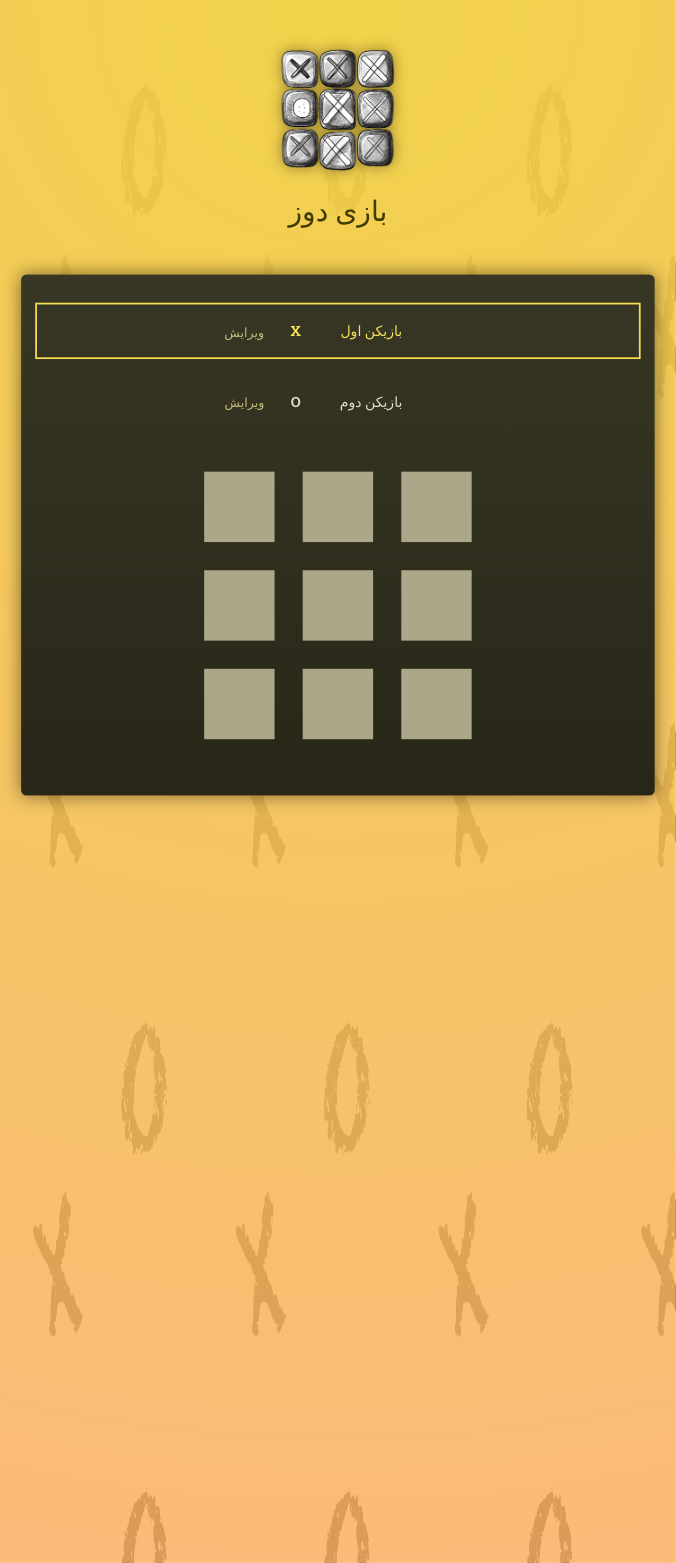
Repository: H-ala/react-tic-toc-toe
Page: /
An editor plug-in stored every save of this project. The page is shown before and after the next save, followed by the edit.
The browser window is 768 px wide. The pictures show the whole page, at 88% of full size.
Some web fonts or font styles are not loaded; a fallback is used. The project was rebuilt for these pictures with package versions that can differ from the ones it lists, and the page was loaded fresh each time. Also part of the build but not shown: vite.config.js, src/components/GameOver.jsx.

Above is the page before, as saved 2025-10-21 18:20:05.

### index.html
<!DOCTYPE html>
<html lang="en">
  <head>
    <meta charset="UTF-8" />
    <link rel="icon" type="image/svg+xml" href="/game-logo.png" />
    <meta name="viewport" content="width=device-width, initial-scale=1.0" />
    <title>React Tic-Tac-Toe</title>
  </head>
  <body>
    <header>
      <img src="game-logo.png" alt="main picture">
      <h1>بازی دوز</h1>
    </header>
    <div id="root"></div>
    <script type="module" src="/src/index.jsx"></script>
  </body>
</html>

### src/App.jsx
import { WINNING_COMBINATIONS } from "./winning_combinations.js";
import { useState } from "react";
import GameBoard from "./components/GameBoard.jsx";
import GameOver from "./components/GameOver.jsx";
import Player from "./components/Player.jsx";
import Log from "./components/Log.jsx";

const PLAYERS = {
    X: "بازیکن اول",
    O: "بازیکن دوم",
  }

const INITIAL_GAME_BOARD = [
  [null, null, null],
  [null, null, null],
  [null, null, null],
];

function deriveActivePlayer(gameTurns) {
  let currentPlayer = "X";
  if (gameTurns.length > 0 && gameTurns[0].player === "X") {
    currentPlayer = "O";
  }
  return currentPlayer;
}

function deriveGameBoard(gameTurns) {
  let gameBoard = [...INITIAL_GAME_BOARD.map((innerArray) => [...innerArray])];

  for (const turn of gameTurns) {
    const { square, player } = turn;
    const { row, col } = square;

    gameBoard[row][col] = player;
  }
  return gameBoard
}

function deriveWinner(gameBoard, players) {
  let winner;

  for (const combination of WINNING_COMBINATIONS) {
    const firstSquareSymbol =
      gameBoard[combination[0].row][combination[0].column];
    const secondSquareSymbol =
      gameBoard[combination[1].row][combination[1].column];
    const thirdSquareSymbol =
      gameBoard[combination[2].row][combination[2].column];

    if (
      firstSquareSymbol &&
      firstSquareSymbol === secondSquareSymbol &&
      firstSquareSymbol === thirdSquareSymbol
    ) {
      winner = players[firstSquareSymbol];
    }
  }

  return winner;
}

function App() {
  const [players, setplayers] = useState(PLAYERS);
  const [gameTurns, setGameTurns] = useState([]);

  const activePlayer = deriveActivePlayer(gameTurns);

  const gameBoard = deriveGameBoard(gameTurns);
  const winner = deriveWinner(gameBoard, players);
  const isDraw = gameTurns.length === 9 && !winner;

  function handleSelectSquare(rowIndex, colIndex) {
    setGameTurns((prevTurns) => {
      const currentPlayer = deriveActivePlayer(prevTurns);
      const updatedTurns = [
        {
          square: { row: rowIndex, col: colIndex },
          player: currentPlayer,
        },
        ...prevTurns,
      ];
      return updatedTurns;
    });
  }

  function handlePlayerName(symbol, newName) {
    setplayers((prevPlayers) => {
      return {
        ...prevPlayers,
        [symbol]: newName,
      };
    });
  }

  function handleRestart() {
    setGameTurns([]);
  }
  return (
    <main>
      <div id="game-container">
        <ol id="players" className="highlight-player">
          <Player
            initialName={PLAYERS.X}
            symbol="X"
            isActive={activePlayer === "X"}
            onChangeName={handlePlayerName}
          />
          <Player
            initialName={PLAYERS.O}
            symbol="O"
            isActive={activePlayer === "O"}
            onChangeName={handlePlayerName}
          />
        </ol>
        {(winner || isDraw) && (
          <GameOver winner={winner} onRestart={handleRestart} />
        )}
        <GameBoard onSelectSquare={handleSelectSquare} board={gameBoard} />
      </div>
      <Log turns={gameTurns} />
    </main>
  );
}

export default App;

### src/index.css
@import url("https://fonts.googleapis.com/css2?family=Caprasimo&family=Roboto+Slab:wght@400;700&display=swap");

* {
  box-sizing: border-box;
}

html {
  font-family: "Roboto Slab", sans-serif;
  line-height: 1.5;

  color: #ebe7ef;

  font-synthesis: none;
  text-rendering: optimizeLegibility;
  -webkit-font-smoothing: antialiased;
  -moz-osx-font-smoothing: grayscale;
  -webkit-text-size-adjust: 100%;
}

body {
  background: radial-gradient(
      circle at top,
      rgba(241, 210, 70, 0.98),
      rgba(250, 176, 103, 0.87)
    ),
    url("bg-pattern-dark.png");
  background-repeat: repeat;
  background-size: 100% 100%, 30% 30%, 100% 100%;
  min-height: 110rem;
  direction: rtl;
}

header {
  text-align: center;
}

header img {
  width: 8rem;
  object-fit: contain;
  margin: 3rem auto 1rem auto;
  filter: drop-shadow(0 0 8px rgba(0, 0, 0, 0.4));
}

h1 {
  font-family: "Caprasimo", cursive;
  font-size: 3rem;
  margin: 0 auto 3rem auto;
  color: #3f3b00;
}

#game-container {
  max-width: 45rem;
  margin: 3rem auto;
  padding: 2rem;
  border-radius: 6px;
  background: linear-gradient(#383624, #282617);
  box-shadow: 0 0 20px rgba(0, 0, 0, 0.5);
  position: relative;
}

#players {
  list-style: none;
  padding: 0;
  margin: 1rem 0;
  display: flex;
  justify-content: center;
  align-items: center;
  gap: 2rem;
}

#players li {
  display: flex;
  align-items: center;
  width: 50%;
  border: 2px solid transparent;
}

#players.highlight-player li.active {
  border-color: #f6e35a;
  animation: pulse 2s infinite ease-in-out;
}

#players.highlight-player li.active .player-name,
#players.highlight-player li.active .player-symbol {
  color: #f6e35a;
}

#players button {
  width: 3rem;
  border: none;
  background: none;
  color: #c3ba78;
  font-size: 0.9rem;
  cursor: pointer;
  transition: color 0.2s;
  padding: 0.5rem 0.25rem 0.25rem 0.25rem;
  text-align: center;
}

#players button:hover {
  color: #f8ca31;
}

.player {
  border: 2px solid transparent;
  padding: 0.5rem;
  border-radius: 4px;
  font-weight: bold;
}

.player-name {
  display: inline-block;
  width: 10rem;
  font-size: 1rem;
  color: #e1dec7;
  text-transform: uppercase;
  margin: 0;
  padding: 0.5rem;
  border-radius: 4px;
  text-overflow: ellipsis;
  text-align: center;
}

.player input {
  font: inherit;
  font-size: 1rem;
  width: 10rem;
  border: none;
  padding: 0.5rem;
  animation: pulse-text 2s infinite;
  background-color: #46432f;
  text-align: center;
  text-transform: uppercase;
}

.player-symbol {
  margin-left: 1rem;
  font-size: 1rem;
  color: #e1dec7;
}

ol {
  list-style: none;
  margin: 0;
  padding: 0;
}

#pre-game {
  text-align: center;
}

#pre-game button {
  cursor: pointer;
  background: none;
  color: #f8c031;
  border: none;
  font-family: "Caprasimo", cursive;
  font-size: 4rem;
  text-shadow: 0 0 12px rgba(0, 0, 0, 0.7);
  animation: pulse-text-size 2s infinite ease-out;
}

#game-board {
  display: flex;
  flex-wrap: wrap;
  justify-content: center;
  gap: 2rem;
  margin: 3rem 0;
  padding: 0;
  flex-direction: column;
}

#game-board ol {
  display: flex;
  flex-wrap: wrap;
  justify-content: center;
  gap: 2rem;
  margin: 0;
  padding: 0;
}

#game-board button {
  width: 8rem;
  height: 8rem;
  border: none;
  background: #aca788;
  color: #3f3b00;
  font-size: 5rem;
  cursor: pointer;
  font-family: "Caprasimo", cursive;
  padding: 1rem;
}

#game-over {
  position: absolute;
  top: 0;
  left: 0;
  width: 100%;
  height: 100%;
  display: flex;
  flex-direction: column;
  justify-content: center;
  align-items: center;
  background-color: rgba(40, 38, 23, 0.95);
  animation: pop-in 0.5s cubic-bezier(0.68, -0.55, 0.65, 0.52) forwards;
}

#game-over h2 {
  font-family: "Caprasimo", cursive;
  font-size: 4rem;
  text-align: center;
  color: #fcd256;
  margin: 0;
}

#game-over p {
  font-size: 2rem;
  text-align: center;
  color: #e1dec7;
}

#game-over button {
  display: block;
  margin: 0 auto;
  font-size: 1.5rem;
  background: none;
  border: 2px solid #fcd256;
  color: #fcd256;
  padding: 0.5rem 1rem;
  border-radius: 4px;
  cursor: pointer;
  transition: all 0.2s, color 0.2s;
  box-shadow: 0 0 8px rgba(255, 187, 0, 0.4);
}

#game-over button:hover {
  background: #fcd256;
  color: #3f3b00;
  transform: scale(1.1);
  box-shadow: 0 0 20px rgba(255, 187, 0, 0.8);
}

#log {
  max-width: 20rem;
  color: #3f3b00;
  list-style: none;
  margin: 2rem auto;
  padding: 0;
  text-align: center;
}

#log li {
  border-radius: 4px;
  animation: slide-in-from-left 1s cubic-bezier(0.075, 0.82, 0.165, 1) forwards;
  margin: 0.75rem;
}

#log li.highlighted {
  background-color: #3f3b00;
  color: white;
}

#game-hints {
  text-align: center;
  color: #46432f;
}

#game-hints h2 {
  font-family: "Caprasimo", cursive;
  font-size: 2rem;
  margin: 0;
}

#game-hints ul {
  list-style: none;
  padding: 0;
  margin: 0;
}

#game-hints button {
  cursor: pointer;
  border: none;
  background: transparent;
  color: #23221f;
  font: inherit;
  margin-top: 1.5rem;
}

@keyframes slide-in-from-left {
  0% {
    opacity: 0;
    transform: translateX(-30%);
  }
  100% {
    opacity: 1;
    transform: translateX(0);
  }
}

@keyframes pulse-text {
  0% {
    color: #e1dec7;
  }
  50% {
    color: #9f9d83;
  }
  100% {
    color: #e1dec7;
  }
}

@keyframes pulse-text-size {
  0% {
    transform: scale(1);
  }
  50% {
    transform: scale(1.05);
  }
  100% {
    transform: scale(1);
  }
}

@keyframes pulse {
  0% {
    border-color: #f6e35a;
    box-shadow: 0 0 0 0 rgba(246, 227, 90, 0.4);
  }
  50% {
    border-color: #f8c031;
    box-shadow: 0 0 0 0.5rem rgba(248, 165, 49, 0);
  }
  100% {
    border-color: #f6e35a;
    box-shadow: 0 0 0 0 rgba(246, 227, 90, 0);
  }
}

/* Fancy animation for showing the "Game Over" element */
@keyframes pop-in {
  0% {
    transform: scale(0);
    opacity: 0;
  }
  80% {
    transform: scale(1.1);
    opacity: 1;
  }
  100% {
    transform: scale(1);
  }
}

@media (max-width: 768px) {
  h1 {
    font-size: 2rem;
  }

  #game-container {
    padding: 1rem;
    margin: 1rem;
  }

  #players {
    flex-direction: column;
    gap: 1rem;
  }

  #players li {
    width: 100%;
    align-items: center;
    justify-content: center;
  }

  #game-board button {
    width: 5rem;
    height: 5rem;
    font-size: 2.5rem;
  }

  #pre-game button {
    font-size: 2.5rem;
  }

  #game-over h2 {
    font-size: 2.5rem;
  }

  #game-over p {
    font-size: 1.2rem;
  }
}

### src/winning_combinations.js
export const WINNING_COMBINATIONS = [
  [
    { row: 0, column: 0 },
    { row: 0, column: 1 },
    { row: 0, column: 2 },
  ],
  [
    { row: 1, column: 0 },
    { row: 1, column: 1 },
    { row: 1, column: 2 },
  ],
  [
    { row: 2, column: 0 },
    { row: 2, column: 1 },
    { row: 2, column: 2 },
  ],
  [
    { row: 0, column: 0 },
    { row: 1, column: 0 },
    { row: 2, column: 0 },
  ],
  [
    { row: 0, column: 1 },
    { row: 1, column: 1 },
    { row: 2, column: 1 },
  ],
  [
    { row: 0, column: 2 },
    { row: 1, column: 2 },
    { row: 2, column: 2 },
  ],
  [
    { row: 0, column: 0 },
    { row: 1, column: 1 },
    { row: 2, column: 2 },
  ],
  [
    { row: 0, column: 2 },
    { row: 1, column: 1 },
    { row: 2, column: 0 },
  ],
];

### src/components/Player.jsx
import { useState } from "react";

export default function ({ initialName, symbol, isActive, onChangeName }) {
  const [playerName, setplayerName] = useState(initialName);
  const [isEditting, setIsEditting] = useState(false);

  function handleEditClick() {
    setIsEditting((editting) => !editting);
    if (isEditting) {
      onChangeName(symbol, playerName);
    }
  }

  function handleChange(event) {
    setplayerName(event.target.value);
  }

  let edittablePlayerName = <span className="player-name">{playerName}</span>;
  if (isEditting) {
    edittablePlayerName = (
      <input type="text" required value={playerName} onChange={handleChange} />
    );
  }
  return (
    <li className={isActive ? "active" : undefined}>
      <span className="player">
        {edittablePlayerName}
        <span className="player-symbol">{symbol}</span>
      </span>
      <button onClick={handleEditClick}>{isEditting ? "ذخیره" : "ویرایش"} </button>
    </li>
  );
}

### src/components/Log.jsx
export default function Log({ turns }) {
  return (
    <ol id="log">
      {turns.map((turn) => (
        <li key={`${turn.square.row}${turn.square.col}`}>
          {turn.player} ردیف {turn.square.row + 1} و ستون {turn.square.col + 1}{" "}
          را انتخاب کرد
        </li>
      ))}
    </ol>
  );
}

Loaded but not shown: src/index.jsx (common file); src/components/GameBoard.jsx (common file)

After the next save:
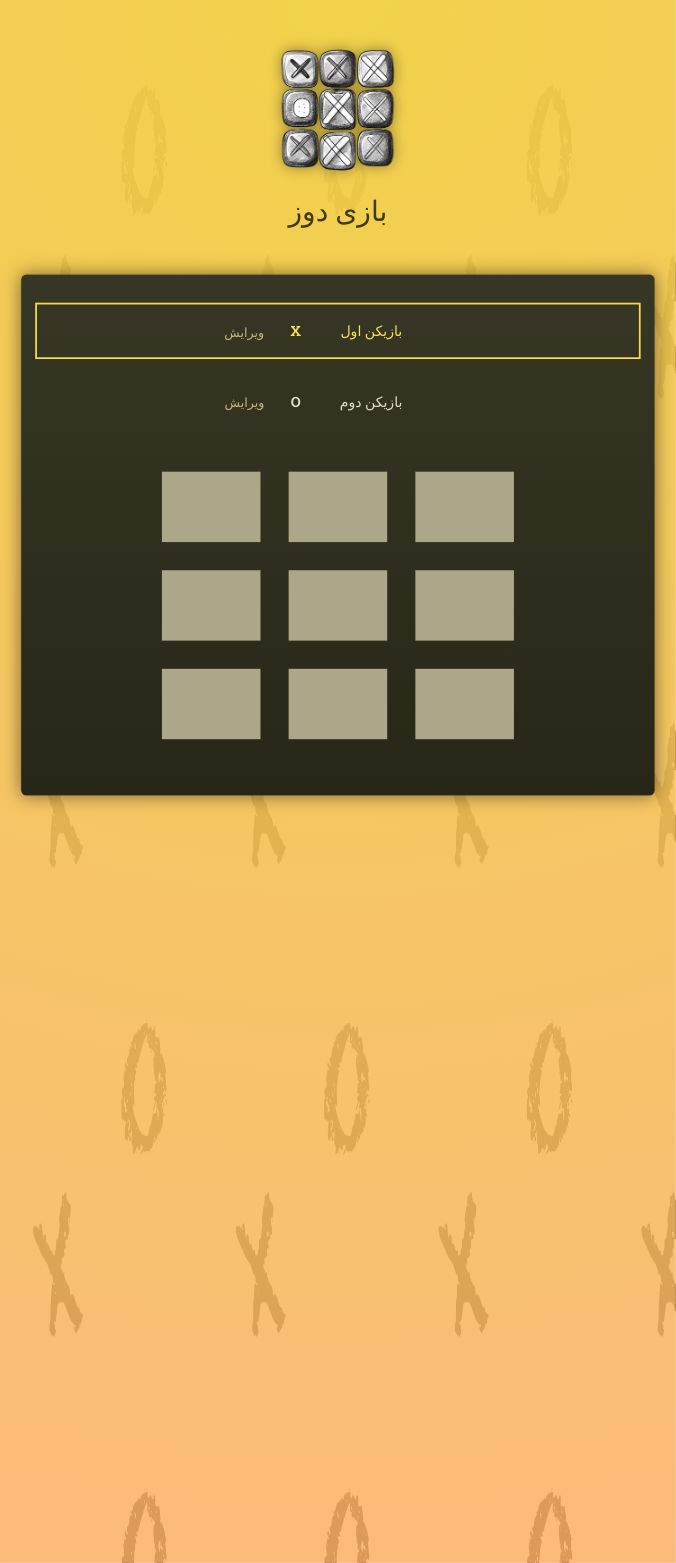
Saved 14 s later.
--- a/src/index.css
+++ b/src/index.css
@@ -373,7 +373,7 @@ ol {
   }
 
   #game-board button {
-    width: 5rem;
+    width: 7rem;
     height: 5rem;
     font-size: 2.5rem;
   }
